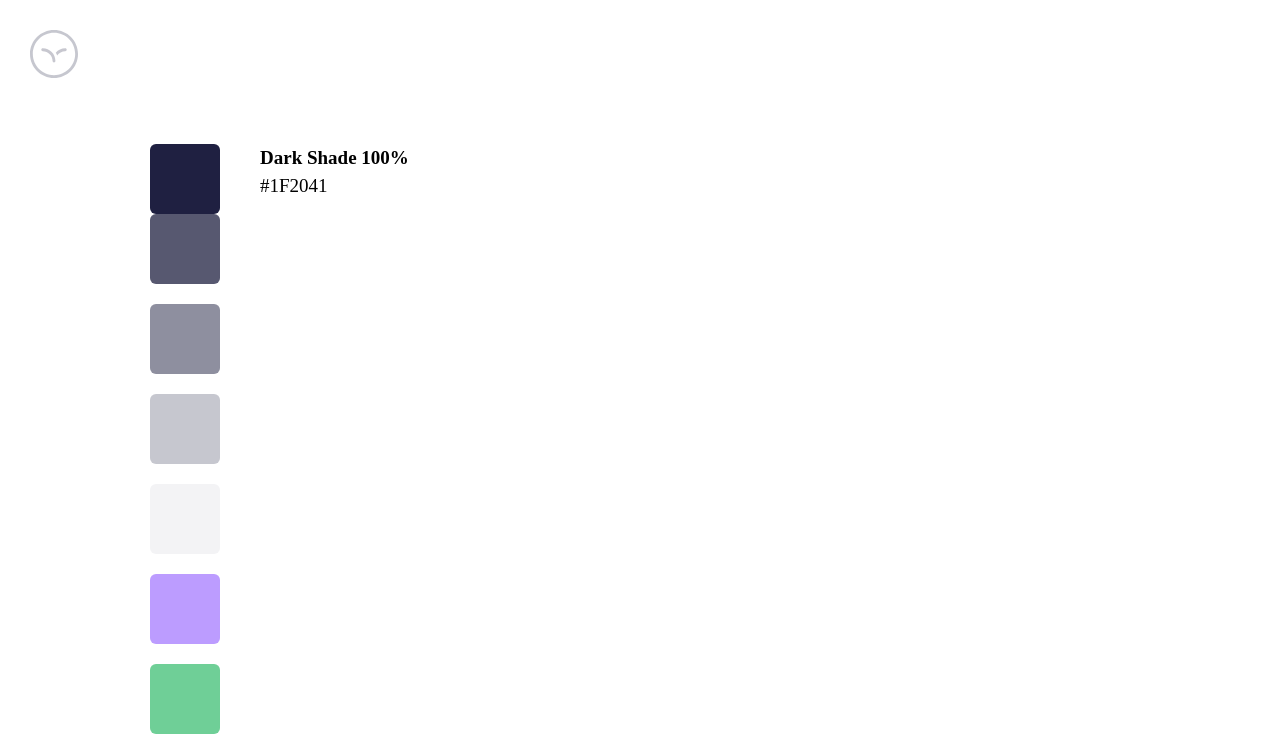
Repository: Inzhir2022/quatrain
Page: ui/index.html
The author's editor kept a copy of each file at every save. The page is drawn from the files as they stood at one save, then again after the next save.
The browser window is 1280 px wide. The pictures show the whole page.

Above is the page before, as saved 2022-07-23 09:06:38.

### ui/index.html
<!DOCTYPE html>
<html lang="en">

<head>
  <meta charset="UTF-8">
  <meta http-equiv="X-UA-Compatible" content="IE=edge">
  <meta name="viewport" content="width=device-width, initial-scale=1.0">
  <link rel="preconnect" href="https://fonts.googleapis.com">
  <link rel="preconnect" href="https://fonts.gstatic.com" crossorigin>
  <link href="https://fonts.googleapis.com/css2?family=Montserrat:wght@400;700&display=swap" rel="stylesheet">
  <link rel="stylesheet" href="style.css">
  <title>UI</title>
</head>

<body>
  <div class="colorsAndTypes">
    <div class="container">
      <div class="logo">
        <svg class="logo__icon" width="48" height="48" viewBox="0 0 48 48" xmlns="http://www.w3.org/2000/svg">
          <path d="M23.9989 32.4712C23.2224 32.4712 22.5871 31.8359 22.5871 31.0594C22.5871 25.6241 18.14 21.177 12.7047 21.177C11.9283 21.177 11.293 20.5418 11.293 19.7653C11.293 18.9888 11.9283 18.3535 12.7047 18.3535C19.7283 18.3535 25.4106 24.0359 25.4106 31.0594C25.4106 31.8359 24.7753 32.4712 23.9989 32.4712Z" />
          <path d="M36.7068 19.7653C36.7068 20.5418 36.0715 21.177 35.295 21.177C31.9421 21.177 28.9421 22.8712 27.1774 25.4476C26.7892 24.4594 26.3303 23.5418 25.7656 22.6947C28.095 20.0123 31.5186 18.3535 35.295 18.3535C36.0715 18.3535 36.7068 18.9888 36.7068 19.7653Z" />
          <path d="M24 48C10.7647 48 0 37.2353 0 24C0 10.7647 10.7647 0 24 0C37.2353 0 48 10.7647 48 24C48 37.2353 37.2353 48 24 48ZM24 2.82353C12.3176 2.82353 2.82353 12.3176 2.82353 24C2.82353 35.6824 12.3176 45.1765 24 45.1765C35.6824 45.1765 45.1765 35.6824 45.1765 24C45.1765 12.3176 35.6824 2.82353 24 2.82353Z" />
        </svg>
      </div>
      <div class="colors">
        <div class="colors__wrapper">
          <div class="colors__item colors__item_darkShade"></div>
          <div class="colors__title">Dark Shade 100%
            <span class="colors__subtitle">#1F2041</span>
          </div>
        </div>

        <div class="colors__wrapper">
          <div class="colors__item colors__item_darkShade_75"></div>
          <div class="colors__title"></div>
          <div class="colors__subtitle"></div>
        </div>
        <div class="colors__wrapper">
          <div class="colors__item colors__item_darkShade_50"></div>
          <div class="colors__title"></div>
          <div class="colors__subtitle"></div>
        </div>
        <div class="colors__wrapper">
          <div class="colors__item colors__item_darkShade_25"></div>
          <div class="colors__title"></div>
          <div class="colors__subtitle"></div>
        </div>
        <div class="colors__wrapper">
          <div class="colors__item colors__item_darkShade_5"></div>
          <div class="colors__title"></div>
          <div class="colors__subtitle"></div>
        </div>
        <div class="colors__wrapper">
          <div class="colors__item colors__item_purple"></div>
          <div class="colors__title"></div>
          <div class="colors__subtitle"></div>
        </div>
        <div class="colors__wrapper">
          <div class="colors__item colors__item_green"></div>
          <div class="colors__title"></div>
          <div class="colors__subtitle"></div>
        </div>

      </div>
    </div>
  </div>



</body>

</html>

### ui/style.css
:root {
  --darkShade_100: rgba(31, 32, 65, 1);
  --darkShade_75: rgba(31, 32, 65, .75);
  --darkShade_50: rgba(31, 32, 65, .5);
  --darkShade_25: rgba(31, 32, 65, .25);
  --darkShade_5: rgba(31, 32, 65, .05);
  --purple: rgb(188, 156, 255);
  --green: rgb(111, 207, 151);
}

body {
  margin: 0;
  padding: 0;
}

.logo {
  margin: 30px 0 0 30px;
}
.logo__icon {
  fill: rgba(31, 32, 65, .25);
}

.colors {
  padding: 62px 0 0 150px;
}

.colors__wrapper {
  display: grid;
  grid-template-columns: 70px 1fr;
  column-gap: 40px;
  row-gap: 20px;
}

.colors__item {
  width: 70px;
  height: 70px;
  border-radius: 6px;
}

.colors__item_darkShade {
  background-color: var(--darkShade_100);
}
.colors__item_darkShade_75 {
  background-color: var(--darkShade_75);
}
.colors__item_darkShade_50 {
  background-color: var(--darkShade_50);
}
.colors__item_darkShade_25 {
  background-color: var(--darkShade_25);
}
.colors__item_darkShade_5 {
  background-color: var(--darkShade_5);
}
.colors__item_purple {
  background-color: var(--purple);
}
.colors__item_green {
  background-color: var(--green);
}

.colors__title {
  font-size: 19px;
  font-weight: 700;
  line-height: 28px;
}

.colors__subtitle {
  display: block;
  font-weight: 400;
}

After the next save:
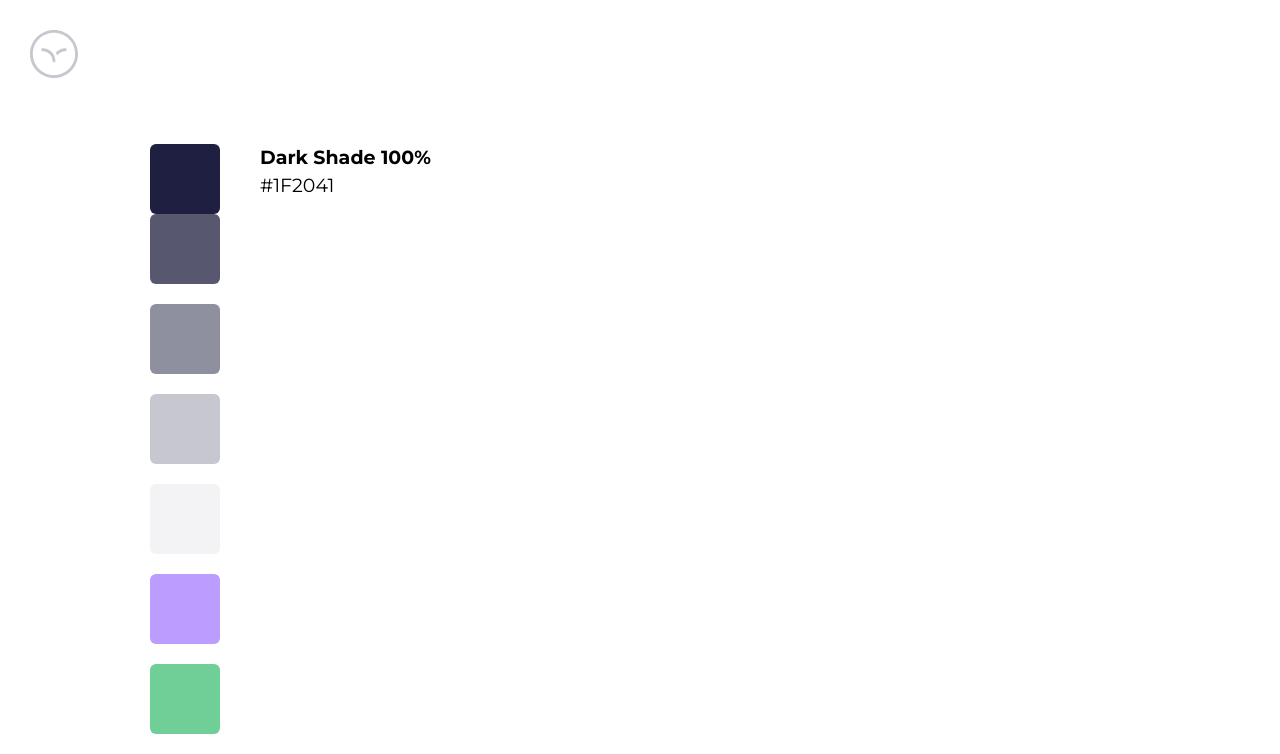
Saved 25 s later.
--- a/ui/style.css
+++ b/ui/style.css
@@ -11,6 +11,8 @@
 body {
   margin: 0;
   padding: 0;
+  box-sizing: border-box;
+  font-family: 'Montserrat', sans-serif;
 }
 
 .logo {
